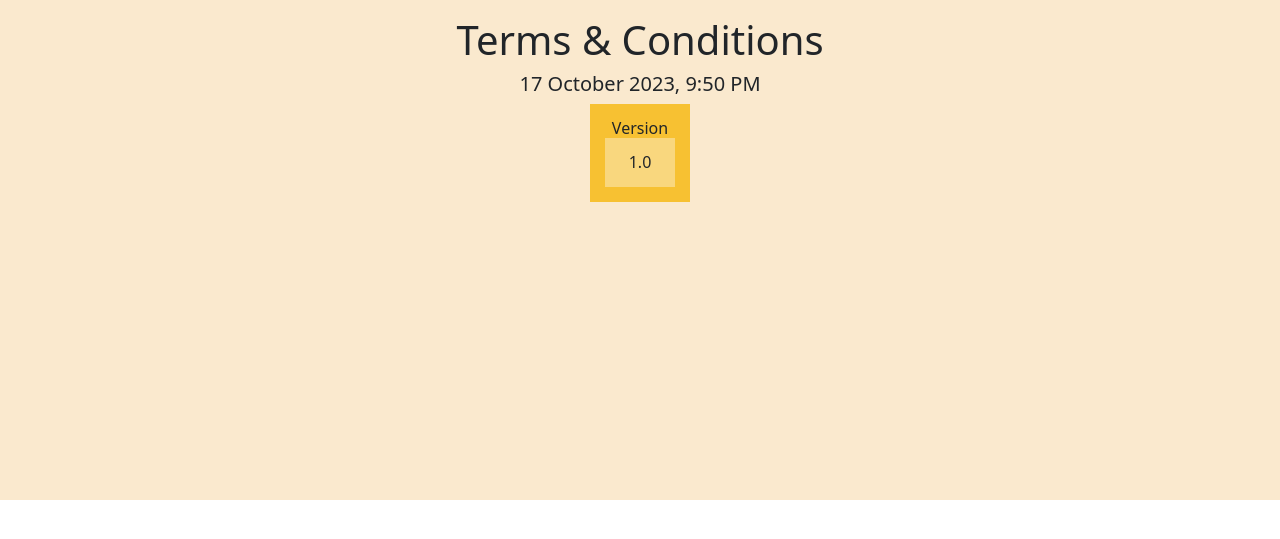
Repository: injectGroup/github.io
Page: terms.html
An editor plug-in stored every save of this project. The page is shown before and after the next save, followed by the edit.
The browser window is 1280 px wide. The pictures show the whole page.

Above is the page before, as saved 2023-11-29 12:54:05.

### terms.html
<!doctype html>
<html lang="en">

<head>
    <meta charset="utf-8">
    <meta name="viewport" content="width=device-width, initial-scale=1">
    <title>Bootstrap demo</title>
    <!-- GOULD CUSTOM CSS-->
    <link rel="stylesheet" href="/gouldwalletlegal/css/gouldcustom.css">
    <!--- BOOTSTRAP CDN -->
    <link href="https://cdn.jsdelivr.net/npm/bootstrap@5.3.2/dist/css/bootstrap.min.css" rel="stylesheet"
        integrity="sha384-T3c6CoIi6uLrA9TneNEoa7RxnatzjcDSCmG1MXxSR1GAsXEV/Dwwykc2MPK8M2HN" crossorigin="anonymous">
</head>

<body>
    <!-- Content here -->
    <div class="container-fluid text-center terms-content">
        <div class="row align-items-center">
            <div class="col align-self-center">
                <h1 class="text-center">
                    Terms & Conditions
                </h1>
                <h5 class="version-date">
                    17 October 2023, 9:50 PM
                </h5>
                <h6 class="version">
                    Version <span class="version-number">1.0</span>
                </h6>
            </div>
        </div>
    </div>
    <!-- BOOTSTRAP JS-->
    <script src="https://cdn.jsdelivr.net/npm/bootstrap@5.3.2/dist/js/bootstrap.bundle.min.js"
        integrity="sha384-C6RzsynM9kWDrMNeT87bh95OGNyZPhcTNXj1NW7RuBCsyN/o0jlpcV8Qyq46cDfL"
        crossorigin="anonymous"></script>
</body>

</html>

### gouldwalletlegal/css/gouldcustom.css
/*
 *AUTHOR: Abdulkadir Mohammed @ Inject
 *DATE: Wed 29 November 2023
  *
 *This is a custom css for gould wallet.
 */
/*****************************
 *********** HEAD ***********
 *****************************/
.terms-content {
    background-color: #FAE9CE;
    padding: 16px 0px 16px 0px;
    height: 500px;
    width: 100%;
    padding-right: 15px;
    padding-left: 15px;
    margin-right: auto;
    margin-left: auto;
    display: block;
    box-sizing: border-box;
}

.version {
    width: 100px;
    background-color: #F7C132;
    padding: 15px;
    margin-right: auto;
    margin-left: auto;
    display: block;
    box-sizing: border-box;
}

.version-number {
    background-color: #F9D77E;
    padding: 15px;
    margin-right: auto;
    margin-left: auto;
    display: block;
    box-sizing: border-box;
}


/*****************************
  *********** BODY ***********
 *****************************/

/*****************************
 *********** FOOTER ***********
*****************************/

After the next save:
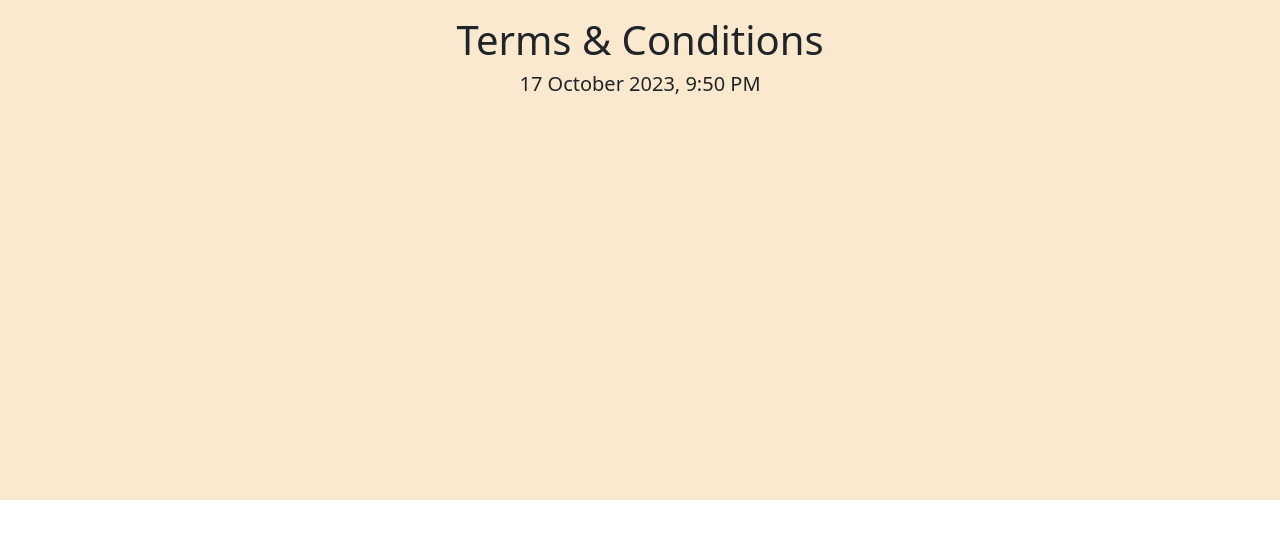
Saved 2 min 25 s later.
--- a/terms.html
+++ b/terms.html
@@ -20,12 +20,13 @@
                 <h1 class="text-center">
                     Terms & Conditions
                 </h1>
+            </div>
+        </div>
+        <div class="row align-items-center">
+            <div class="col align-self-center">
                 <h5 class="version-date">
                     17 October 2023, 9:50 PM
                 </h5>
-                <h6 class="version">
-                    Version <span class="version-number">1.0</span>
-                </h6>
             </div>
         </div>
     </div>
